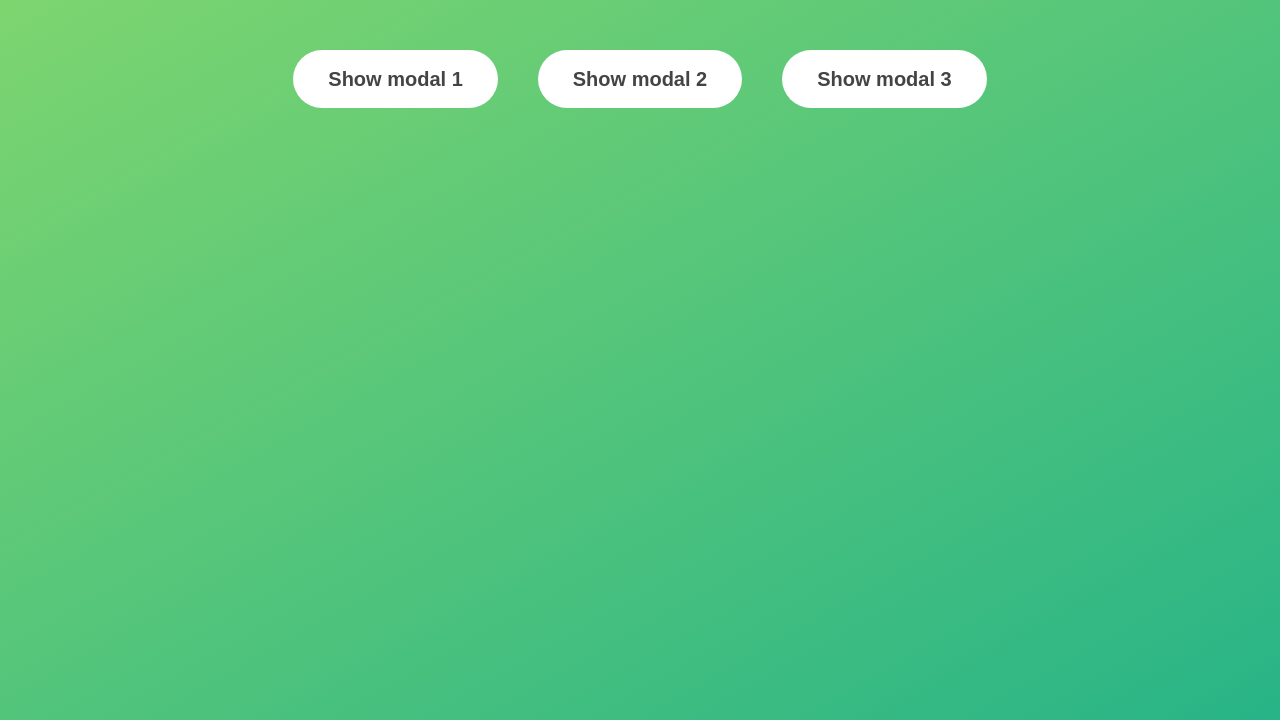
Repository: Asmat-ullah-khan/Modal-Window
Page: index.html
These files come from the project's save history. The page is drawn as it stood at one moment and after the next save; the edit follows.
The browser window is 1280 px wide. The pictures show the whole page.
After loading, the first visible `button.show-modal` was clicked once.

Above is the page before, as saved 2025-12-17 11:03:27.

After the next save:
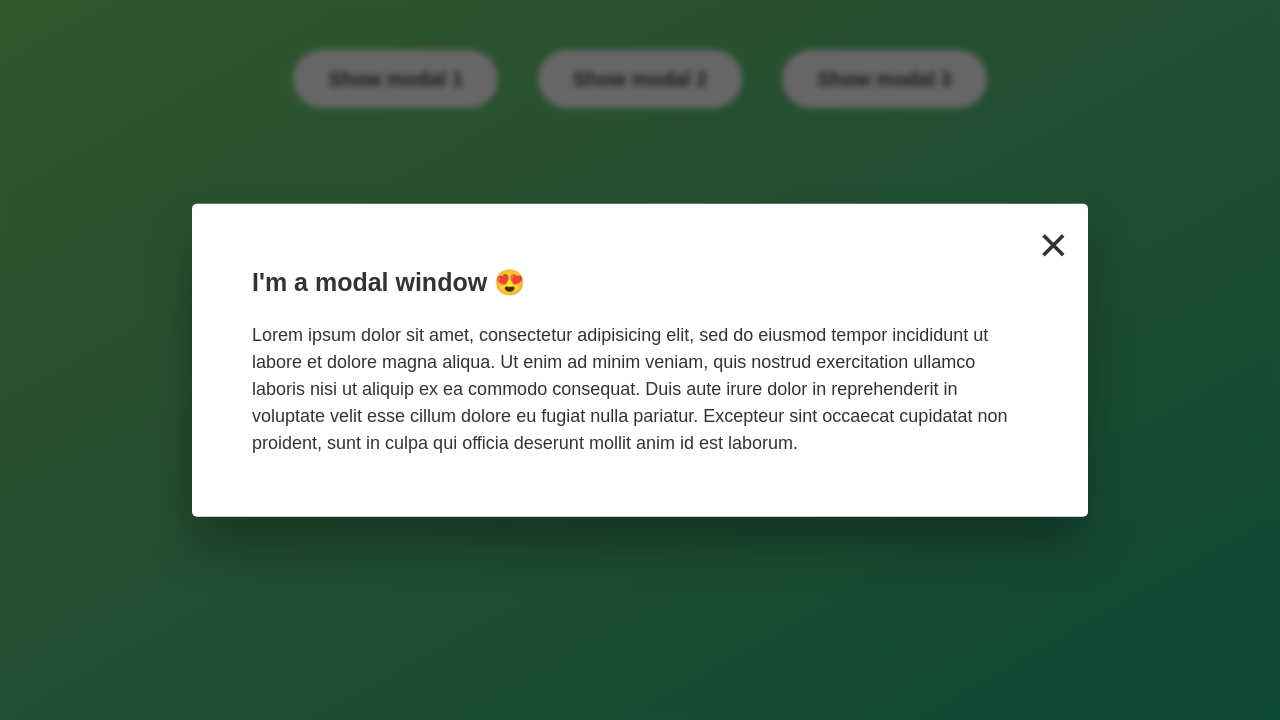
Saved 74 s later.
--- a/script.js
+++ b/script.js
@@ -4,17 +4,18 @@ const overlay = document.querySelector('.overlay');
 const btnCloseModal = document.querySelector('.close-modal');
 const btnsOpenModal = document.querySelectorAll('.show-modal');
 const closeModal = function () {
-  modal.classList.remove('hidden');
-  overlay.classList.remove('hidden');
+  modal.classList.add('hidden');
+  overlay.classList.add('hidden');
 };
 for (let i = 0; i < btnsOpenModal.length; i++)
-  btnsOpenModal[i].addEventListener('click', function () {});
+  btnsOpenModal[i].addEventListener('click', function () {
+    modal.classList.remove('hidden');
+    overlay.classList.remove('hidden');
+  });
 
 btnCloseModal.addEventListener('click', function () {
-  modal.classList.add('hidden');
-  overlay.classList.add('hidden');
+  closeModal();
 });
 overlay.addEventListener('click', function () {
-  modal.classList.add('hidden');
-  overlay.classList.add('hidden');
+  closeModal();
 });
